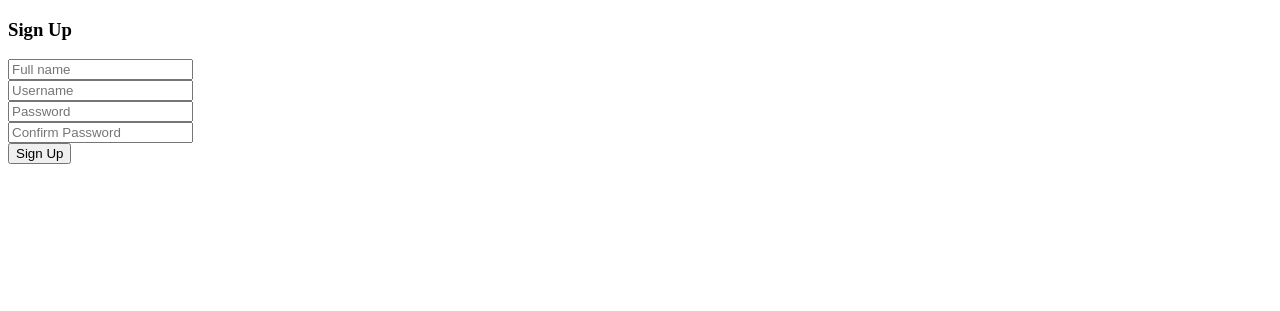
Repository: yhung004/TUTORIAL_PAGE
Page: sign_up.html
An editor plug-in stored every save of this project. The page is shown before and after the next save, followed by the edit.
The browser window is 1280 px wide. The pictures show the whole page.

Above is the page before, as saved 2024-04-10 13:02:39.

### sign_up.html
<!DOCTYPE html>
<html lang="en">
<head>
    <meta charset="UTF-8">
    <meta name="viewport" content="width=device-width, initial-scale=1.0">
    <title>Sign_Up</title>
</head>
<body>
    <h3 class="sign_up">Sign Up</h3>
    <input type="text" placeholder="Full name" class="fname"> <br>
    <input type="text" placeholder="Username" class="uname"> <br>
    <input type="text" placeholder="Password" class="pwd"><br>
    <input type="text" placeholder="Confirm Password" class="cpwd"><br>
    <button class="button_out">
        Sign Up
    </button>

</body>
</html>

### main.css
.welcome{
    text-align: center;
    font-family: 'Courier New', Courier, monospace;
    font-size: 30px;
    margin-top: 80px;
}
.welcome_text {
    margin-top: 20px;
    text-align:center;
    font-family: 'Courier New', Courier, monospace;
    font-size: 30px;
}
.button_a {
    position: relative;
    left: 580px;
    background-color:white;
    border-radius: 30px;
    font-size: 40px;
    padding: 2px 18px 2px 18px;
    margin-top: 20px;
}
.button_b {
    position: relative;
    right: -600px;
    border-radius: 40px;
    background-color: rgb(63, 60, 60);
    color:white;
    font-size: 40px;
    padding: 2px 7px 2px 7px;
    margin-top: 20px;
}
.button_a:hover {
    background-color:blue;
    color:white;
}
.button_b:hover {
    color:black;
    background-color:rgb(71, 68, 69);
}
.login {
    text-align:center;
    font-size: 50px;
    font-family: monospace;
    margin-top: 60px;
}
.username {
    position: relative;
    border-radius: 30px;
    left: 570px;
    width: 250px;
    height: 40px;
}
.password {
    position: relative;
    border-radius: 30px;
    left: 570px;
    width: 250px;
    height: 40px;
    margin-top: 40px;
}
.button_in {
    position: relative;
    left: 630px;
    margin-top: 60px;
    background-color:white;
    color: black;
    font-size: 30px;
    font-family: monospace;
    border-radius: 20px;
    padding: 2px 7px 2px 7px;

}
.button_in:hover {
    background-color:blue;
    color:white;
}
.sign_up {
    text-align:center;
    font-size: 50px;
    font-family: monospace;
    margin-top: 60px;
}

After the next save:
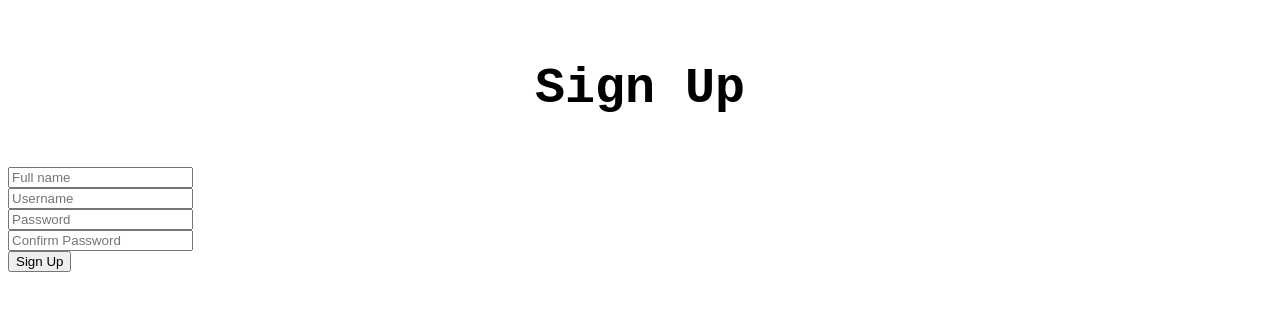
Saved 51 s later.
--- a/sign_up.html
+++ b/sign_up.html
@@ -4,6 +4,7 @@
     <meta charset="UTF-8">
     <meta name="viewport" content="width=device-width, initial-scale=1.0">
     <title>Sign_Up</title>
+    <link rel="stylesheet" href="main.css">
 </head>
 <body>
     <h3 class="sign_up">Sign Up</h3>
